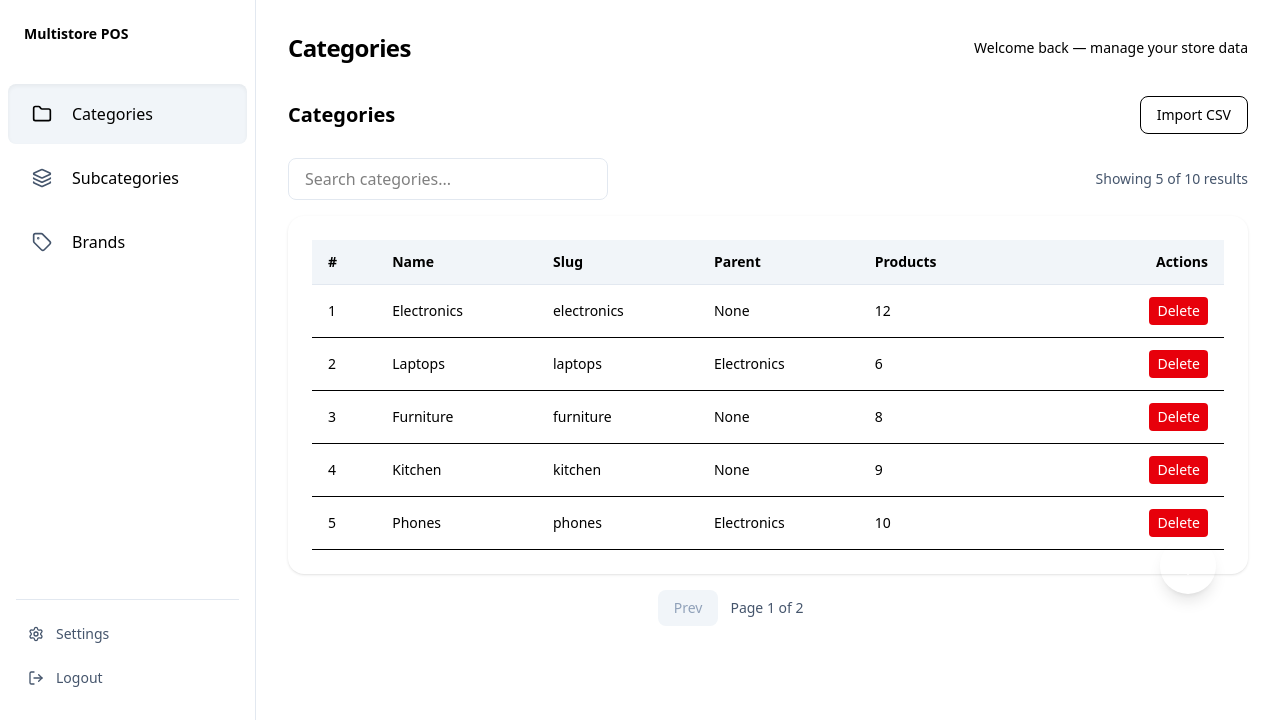
Repository: Ndegwa2/MulistorePOS
Page: /
These files come from the project's save history. The page is drawn as it stood at one moment and after the next save; the edit follows.
The browser window is 1280 px wide. The pictures show the whole page.
The project was rebuilt for these pictures with package versions that can differ from the ones it lists, and the page was loaded fresh each time. Also part of the build but not shown: vite.config.js, Frontend/EditModal.jsx, Frontend/DeleteConfirm.jsx, Frontend/subcategory.jsx, Frontend/brand.jsx.

Above is the page before, as saved 2025-10-03 10:22:07.

### index.html
<!DOCTYPE html>
<html lang="en">
  <head>
    <meta charset="UTF-8" />
    <link rel="icon" type="image/svg+xml" href="/vite.svg" />
    <meta name="viewport" content="width=device-width, initial-scale=1.0" />
    <title>Multistore POS</title>
  </head>
  <body class="bg-secondary text-text">
    <div id="root"></div>
    <script type="module" src="/Frontend/main.jsx"></script>
  </body>
</html>

### Frontend/main.jsx
import React from 'react'
import ReactDOM from 'react-dom/client'
import './index.css'
import Dashboard from './dashboaord'

ReactDOM.createRoot(document.getElementById('root')).render(
  <React.StrictMode>
    <Dashboard />
  </React.StrictMode>,
)

### Frontend/dashboaord.jsx
import React, { useState } from "react";
import { Folder, Layers, Tag, Settings, LogOut } from "lucide-react";

// Assume these exist in your project
import CategoryPanel from "./categoryPanel";
import SubCategoryPanel from "./subcategory";
import BrandPanel from "./brand";

const NAV = [
  { key: "categories", label: "Categories", icon: Folder },
  { key: "subcategories", label: "Subcategories", icon: Layers },
  { key: "brands", label: "Brands", icon: Tag },
];

export default function Dashboard() {
  const [active, setActive] = useState("categories");

  // small helper for rendering the active panel
  function renderPanel() {
    if (active === "categories") return <CategoryPanel />;
    if (active === "subcategories") return <SubCategoryPanel />;
    return <BrandPanel />;
  }

  return (
    <div className="min-h-screen bg-secondary text-text flex">
      {/* Sidebar */}
      <aside
        className="w-64 fixed left-0 top-0 h-screen bg-white text-text border-r border-slate-200
                   flex flex-col justify-between"
        aria-label="Sidebar"
      >
        <div>
          {/* Logo / Title */}
          <div className="px-6 py-6">
            <div className="text-sm font-semibold">Multistore POS</div>
          </div>

          {/* Nav */}
          <nav className="mt-4 px-2" aria-label="Main navigation">
            {NAV.map((n) => {
              const Icon = n.icon;
              const isActive = active === n.key;
              return (
                <button
                  key={n.key}
                  onClick={() => setActive(n.key)}
                  className={`group w-full flex items-center gap-3 px-4 py-3 my-1 rounded-lg text-left
                              transition-colors duration-150
                              ${isActive ? "bg-slate-100 text-primary shadow-inner" : "hover:bg-slate-100"}`}
                  aria-current={isActive ? "page" : undefined}
                >
                  <div className={`p-2 rounded-md ${isActive ? "bg-primary/10" : "bg-transparent"}`}>
                    <Icon className={`w-5 h-5 ${isActive ? "text-primary" : "text-slate-600"} transition-colors`} />
                  </div>
                  <span className="flex-1">{n.label}</span>
                  {/* subtle chevron or count placeholder (optional) */}
                </button>
              );
            })}
          </nav>
        </div>

        {/* bottom area */}
        <div className="px-4 pb-6">
          <div className="border-t border-slate-200 pt-4 flex flex-col gap-2">
            <button className="flex items-center gap-3 px-3 py-2 rounded-lg hover:bg-slate-100 transition-colors">
              <Settings className="w-4 h-4 text-slate-600" />
              <span className="text-sm text-slate-600">Settings</span>
            </button>
            <button className="flex items-center gap-3 px-3 py-2 rounded-lg hover:bg-slate-100 transition-colors">
              <LogOut className="w-4 h-4 text-slate-600" />
              <span className="text-sm text-slate-600">Logout</span>
            </button>
          </div>
        </div>
      </aside>

      {/* Main content */}
      <main className="flex-1 ml-64 bg-secondary min-h-screen text-text p-8">
        {/* Top header (shows active panel name) */}
        <header className="mb-6">
          <div className="flex items-center justify-between">
            <h2 className="text-2xl font-semibold tracking-tight">
              {NAV.find((n) => n.key === active)?.label}
            </h2>
            <div className="text-sm text-text">Welcome back — manage your store data</div>
          </div>
        </header>

        {/* Content area with simple fade/slide animation */}
        <section
          key={active} /* remounts on active change to trigger transition */
          className="transition duration-300 ease-out transform opacity-0 translate-y-2 animate-fade-in"
          style={{ animationFillMode: "forwards", animationDuration: "220ms" }}
        >
          <div className="bg-transparent">
            {renderPanel()}
          </div>
        </section>
      </main>

      {/* small global styles for the fade-in animation (Tailwind can't define keyframes inline) */}
      <style>{`
        @keyframes fadeIn {
          from { opacity: 0; transform: translateY(6px); }
          to { opacity: 1; transform: translateY(0); }
        }
        .animate-fade-in {
          animation-name: fadeIn;
        }
      `}</style>
    </div>
  );
}

### Frontend/categoryPanel.jsx
import React, { useState } from "react";
import EditModal from "./EditModal";
import DeleteConfirm from "./DeleteConfirm";

export default function CategoryPanel() {
  const [categories, setCategories] = useState([
    { id: 1, name: "Electronics", slug: "electronics", parent: "None", count: 12 },
    { id: 2, name: "Laptops", slug: "laptops", parent: "Electronics", count: 6 },
    { id: 3, name: "Furniture", slug: "furniture", parent: "None", count: 8 },
    { id: 4, name: "Kitchen", slug: "kitchen", parent: "None", count: 9 },
    { id: 5, name: "Phones", slug: "phones", parent: "Electronics", count: 10 },
    { id: 6, name: "Accessories", slug: "accessories", parent: "Electronics", count: 4 },
    { id: 7, name: "Chairs", slug: "chairs", parent: "Furniture", count: 7 },
    { id: 8, name: "Tables", slug: "tables", parent: "Furniture", count: 5 },
    { id: 9, name: "Home Decor", slug: "home-decor", parent: "None", count: 11 },
    { id: 10, name: "Audio", slug: "audio", parent: "Electronics", count: 3 },
  ]);

  const [showModal, setShowModal] = useState(false);
  const [newCategory, setNewCategory] = useState({ name: "", slug: "", parent: "", description: "" });
  const [searchTerm, setSearchTerm] = useState("");
  const [currentPage, setCurrentPage] = useState(1);
  const itemsPerPage = 5;

  const [showEditModal, setShowEditModal] = useState(false);
  const [editingItem, setEditingItem] = useState(null);
  const [showDeleteConfirm, setShowDeleteConfirm] = useState(false);
  const [deletingItem, setDeletingItem] = useState(null);

  // Derived filtered categories
  const filtered = categories.filter(
    (c) =>
      c.name.toLowerCase().includes(searchTerm.toLowerCase()) ||
      c.slug.toLowerCase().includes(searchTerm.toLowerCase())
  );

  // Pagination logic
  const totalPages = Math.ceil(filtered.length / itemsPerPage);
  const paginated = filtered.slice((currentPage - 1) * itemsPerPage, currentPage * itemsPerPage);

  const handleAdd = () => setShowModal(true);

  const handleSave = () => {
    if (newCategory.name.trim() === "") return;
    setCategories([...categories, { ...newCategory, id: Date.now(), count: 0 }]);
    setNewCategory({ name: "", slug: "", parent: "", description: "" });
    setShowModal(false);
  };

  const handleSearch = (e) => {
    setSearchTerm(e.target.value);
    setCurrentPage(1);
  };

  const handleEdit = (item) => {
    setEditingItem(item);
    setShowEditModal(true);
  };

  const handleEditSave = (updated) => {
    setCategories(categories.map(c => c.id === updated.id ? updated : c));
    setShowEditModal(false);
  };

  const handleDelete = (item) => {
    setDeletingItem(item);
    setShowDeleteConfirm(true);
  };

  const handleDeleteConfirm = () => {
    setCategories(categories.filter(c => c.id !== deletingItem.id));
    setShowDeleteConfirm(false);
  };

  return (
    <div className="text-text font-sans">
      {/* Header */}
      <div className="flex flex-col sm:flex-row justify-between sm:items-center mb-6 gap-3">
        <h2 className="text-xl font-semibold">Categories</h2>
        <div className="flex gap-3">
          <button
            className="bg-primary text-white px-4 py-2 rounded-lg hover:bg-slate-700 text-sm"
            onClick={handleAdd}
          >
            + New Category
          </button>
          <button className="border border-primary text-primary px-4 py-2 rounded-lg hover:bg-slate-100 text-sm">
            Import CSV
          </button>
        </div>
      </div>

      {/* Search */}
      <div className="mb-4 flex justify-between items-center flex-wrap gap-3">
        <input
          type="text"
          placeholder="Search categories..."
          value={searchTerm}
          onChange={handleSearch}
          className="w-full sm:w-1/3 bg-white text-text px-4 py-2 rounded-lg border border-slate-200 focus:ring-2 focus:ring-primary outline-none"
        />
        <span className="text-sm text-slate-600">
          Showing {paginated.length} of {filtered.length} results
        </span>
      </div>

      {/* Table */}
      <div className="bg-white rounded-2xl shadow p-6 overflow-x-auto">
        <table className="w-full text-left border-collapse text-sm">
          <thead className="bg-slate-100 border-b border-slate-200">
            <tr>
              <th className="py-3 px-4">#</th>
              <th className="py-3 px-4">Name</th>
              <th className="py-3 px-4">Slug</th>
              <th className="py-3 px-4">Parent</th>
              <th className="py-3 px-4">Products</th>
              <th className="py-3 px-4 text-right">Actions</th>
            </tr>
          </thead>
          <tbody>
            {paginated.map((cat, idx) => (
              <tr key={cat.id} className="border-b hover:bg-slate-50">
                <td className="py-3 px-4">{(currentPage - 1) * itemsPerPage + idx + 1}</td>
                <td className="py-3 px-4">{cat.name}</td>
                <td className="py-3 px-4">{cat.slug}</td>
                <td className="py-3 px-4">{cat.parent}</td>
                <td className="py-3 px-4">{cat.count}</td>
                <td className="py-3 px-4 text-right space-x-2">
                  <button
                    onClick={() => handleEdit(cat)}
                    className="bg-primary text-white px-2 py-1 rounded hover:bg-slate-700"
                  >
                    Edit
                  </button>
                  <button
                    onClick={() => handleDelete(cat)}
                    className="bg-red-600 text-white px-2 py-1 rounded hover:bg-red-700"
                  >
                    Delete
                  </button>
                </td>
              </tr>
            ))}
          </tbody>
        </table>
      </div>

      {/* Pagination Controls */}
      <div className="flex justify-center gap-3 mt-4">
        <button
          disabled={currentPage === 1}
          onClick={() => setCurrentPage(currentPage - 1)}
          className={`px-4 py-2 rounded-lg text-sm ${
            currentPage === 1 ? "bg-slate-100 text-slate-400" : "bg-primary text-white hover:bg-slate-700"
          }`}
        >
          Prev
        </button>
        <span className="text-slate-600 text-sm self-center">
          Page {currentPage} of {totalPages}
        </span>
        <button
          disabled={currentPage === totalPages}
          onClick={() => setCurrentPage(currentPage + 1)}
          className={`px-4 py-2 rounded-lg text-sm ${
            currentPage === totalPages
              ? "bg-slate-100 text-slate-400"
              : "bg-primary text-white hover:bg-slate-700"
          }`}
        >
          Next
        </button>
      </div>

      {/* Floating Add Button */}
      <button
        onClick={handleAdd}
        className="fixed bottom-8 right-8 bg-primary hover:bg-slate-700 w-14 h-14 flex items-center justify-center rounded-full shadow-lg text-white"
      >
        <span className="text-2xl">＋</span>
      </button>

      {/* Modal */}
      {showModal && (
        <div className="fixed inset-0 bg-black/50 flex items-center justify-center z-50">
          <div className="bg-white p-6 rounded-xl w-full max-w-md shadow-2xl border border-slate-200">
            <h2 className="text-lg font-semibold mb-4">Add New Category</h2>

            <div className="space-y-4">
              <div>
                <label className="text-sm text-slate-600">Name</label>
                <input
                  type="text"
                  value={newCategory.name}
                  onChange={(e) => setNewCategory({ ...newCategory, name: e.target.value })}
                  className="w-full mt-1 bg-white border border-slate-200 rounded-lg px-3 py-2 outline-none focus:ring-2 focus:ring-primary"
                />
              </div>
              <div>
                <label className="text-sm text-slate-600">Slug</label>
                <input
                  type="text"
                  value={newCategory.slug}
                  onChange={(e) => setNewCategory({ ...newCategory, slug: e.target.value })}
                  className="w-full mt-1 bg-white border border-slate-200 rounded-lg px-3 py-2 outline-none focus:ring-2 focus:ring-primary"
                />
              </div>
              <div>
                <label className="text-sm text-slate-600">Parent</label>
                <select
                  value={newCategory.parent}
                  onChange={(e) => setNewCategory({ ...newCategory, parent: e.target.value })}
                  className="w-full mt-1 bg-white border border-slate-200 rounded-lg px-3 py-2 outline-none focus:ring-2 focus:ring-primary"
                >
                  <option value="">None</option>
                  {categories
                    .filter((c) => c.parent === "None")
                    .map((c) => (
                      <option key={c.id}>{c.name}</option>
                    ))}
                </select>
              </div>
              <div>
                <label className="text-sm text-slate-600">Description</label>
                <textarea
                  rows="3"
                  value={newCategory.description}
                  onChange={(e) => setNewCategory({ ...newCategory, description: e.target.value })}
                  className="w-full mt-1 bg-white border border-slate-200 rounded-lg px-3 py-2 outline-none focus:ring-2 focus:ring-primary"
                ></textarea>
              </div>
            </div>

            <div className="flex justify-end gap-3 mt-6">
              <button
                onClick={() => setShowModal(false)}
                className="px-4 py-2 bg-slate-100 hover:bg-slate-200 rounded-lg"
              >
                Cancel
              </button>
              <button
                onClick={handleSave}
                className="px-4 py-2 bg-primary text-white hover:bg-slate-700 rounded-lg"
              >
                Save
              </button>
            </div>
          </div>
        </div>
      )}

      <EditModal
        isOpen={showEditModal}
        onClose={() => setShowEditModal(false)}
        onSave={handleEditSave}
        initialData={editingItem}
        fields={[
          { name: 'name', label: 'Name', type: 'text' },
          { name: 'slug', label: 'Slug', type: 'text' },
          { name: 'parent', label: 'Parent', type: 'select', options: ['None', ...categories.filter(c => c.parent === 'None').map(c => c.name)] },
          { name: 'description', label: 'Description', type: 'textarea' }
        ]}
      />

      <DeleteConfirm
        isOpen={showDeleteConfirm}
        onClose={() => setShowDeleteConfirm(false)}
        onConfirm={handleDeleteConfirm}
        itemName={deletingItem?.name}
      />
    </div>
  );
}

Loaded but not shown: Frontend/index.css (common file)

After the next save:
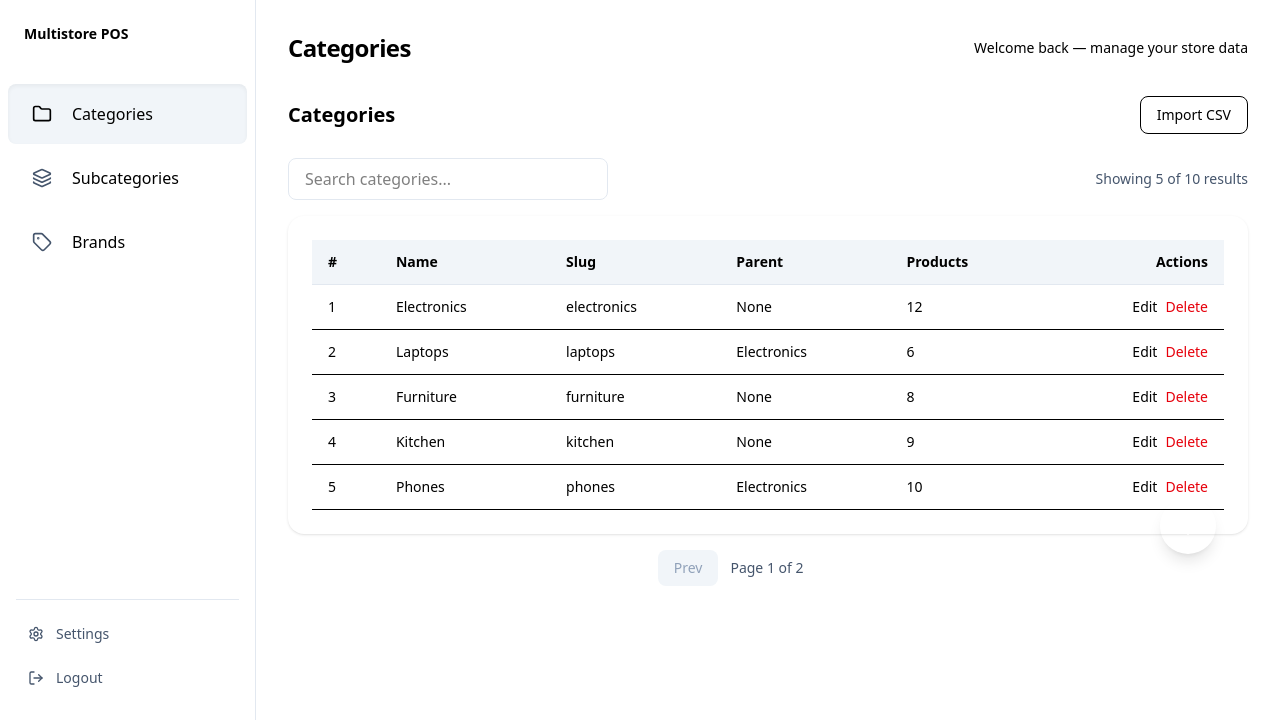
Saved 10 s later.
--- a/Frontend/categoryPanel.jsx
+++ b/Frontend/categoryPanel.jsx
@@ -128,13 +128,13 @@ export default function CategoryPanel() {
                 <td className="py-3 px-4 text-right space-x-2">
                   <button
                     onClick={() => handleEdit(cat)}
-                    className="bg-primary text-white px-2 py-1 rounded hover:bg-slate-700"
+                    className="text-primary hover:underline"
                   >
                     Edit
                   </button>
                   <button
                     onClick={() => handleDelete(cat)}
-                    className="bg-red-600 text-white px-2 py-1 rounded hover:bg-red-700"
+                    className="text-red-600 hover:underline"
                   >
                     Delete
                   </button>
